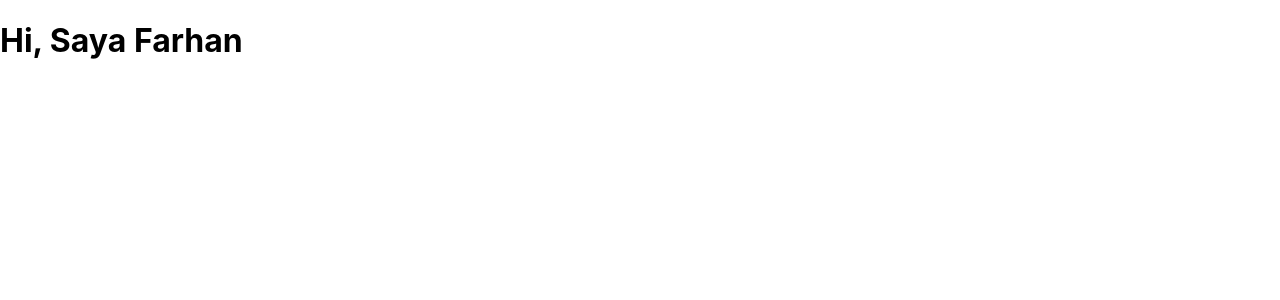
Repository: mfarhannr/Tugas-Reactjs_Farhan
Page: /
These files come from the project's save history. The page is drawn as it stood at one moment and after a run of saves; the edit follows.
The browser window is 1280 px wide. The pictures show the whole page.
The project was rebuilt for these pictures with package versions that can differ from the ones it lists, and the page was loaded fresh each time.

Above is the page before, as saved 2024-05-03 14:58:40.

After the next 3 saves:
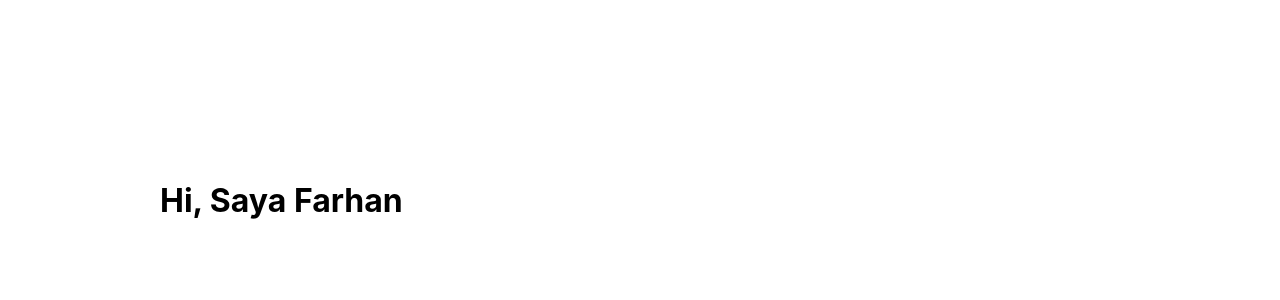
The 3 saves are shown as one change because they came seconds apart.
The last was saved 7 s later.
--- a/src/App.css
+++ b/src/App.css
@@ -1,5 +1,5 @@
 .App {
-  padding
+  padding: 10rem;
 }
 
 .App-logo {
